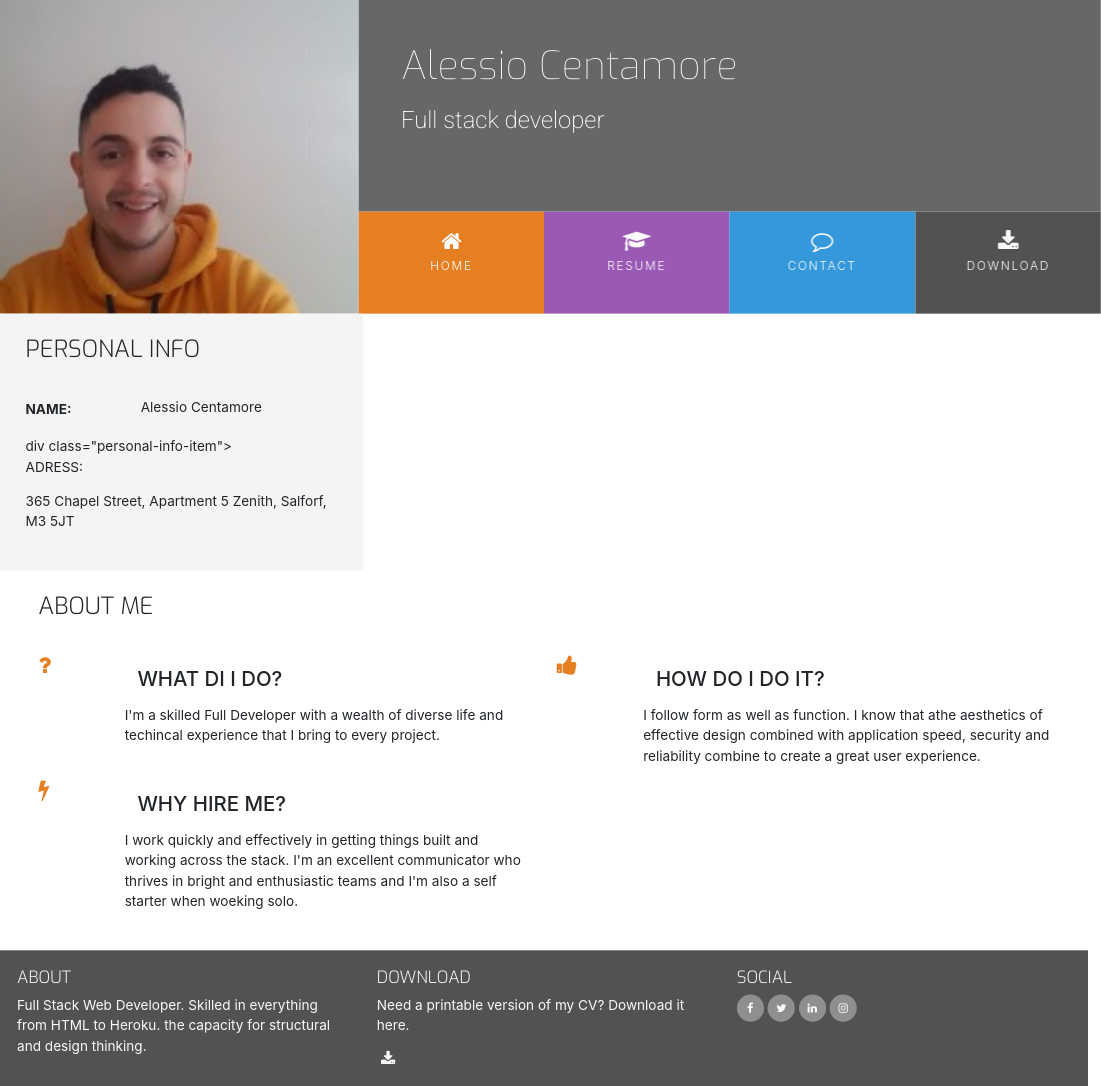
Repository: Baal89/Resume
Page: index.html
The author's editor kept a record of every edit. The page is drawn from the files as they stood at one moment, then again after the next edit.
The browser window is 1280 px wide. The page is 1295 px wide, so the pictures cover 1295 px, including what lies to the right of the window. The pictures show the whole page, at 85% of full size.

Above is the page before.

After the next edit:
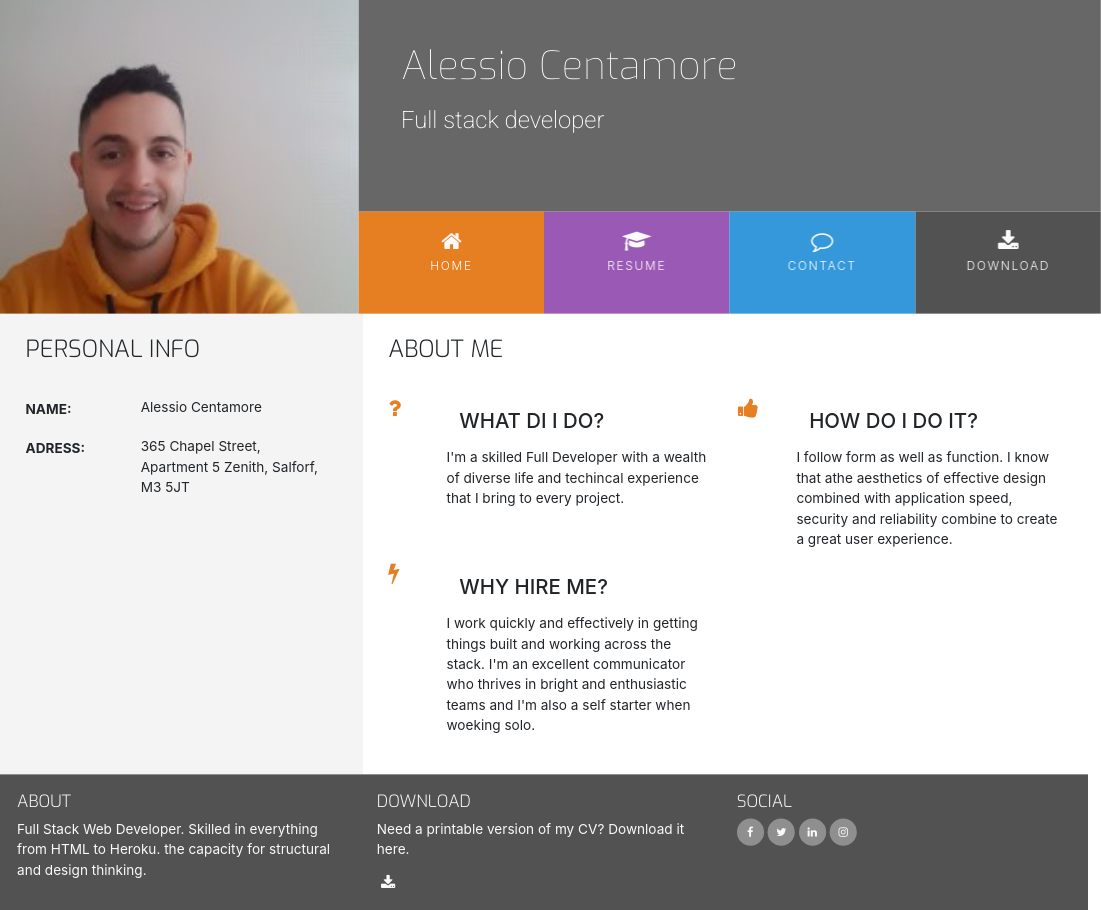
The edit:
--- a/index.html
+++ b/index.html
@@ -68,7 +68,7 @@
                         </p>
                     </div>
                 </div>
-                div class="personal-info-item">
+                <div class="personal-info-item">
                     <div class="key">
                         <p class="uppercase">
                             Adress:
